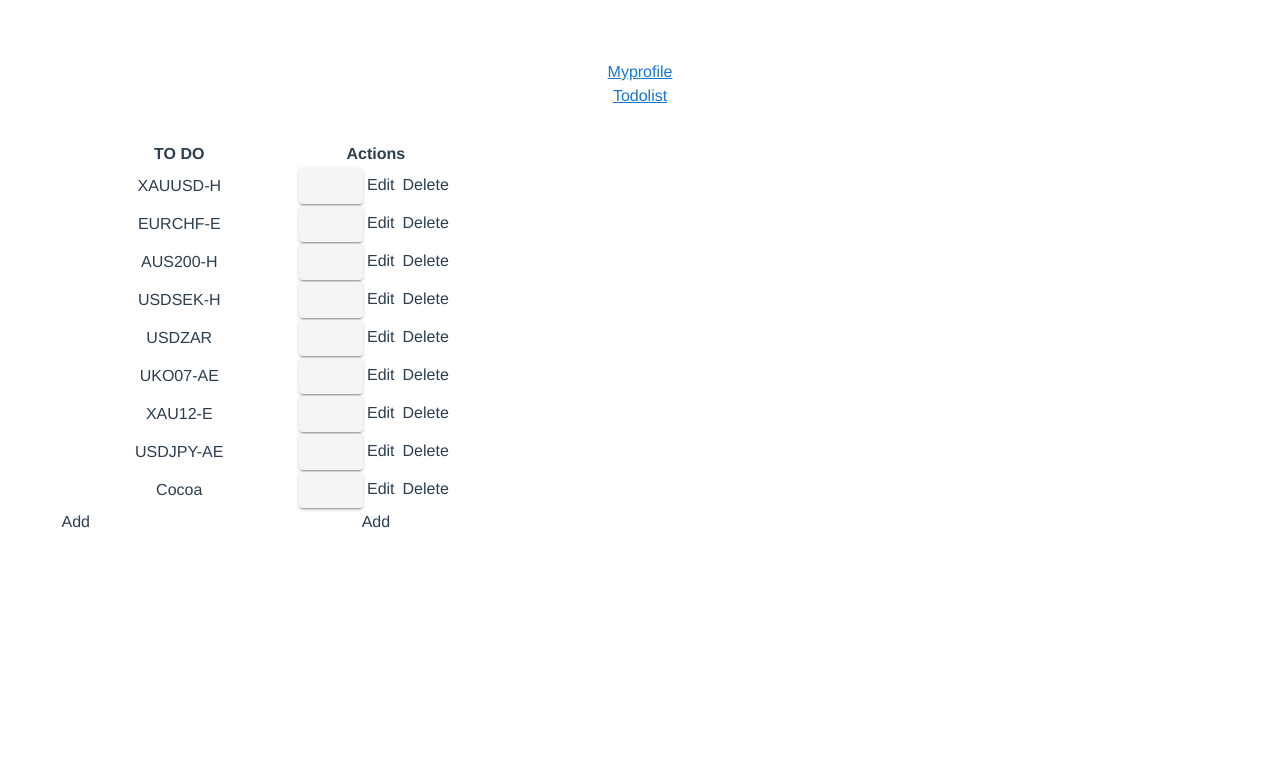
Repository: Shanshan67/todolist
Page: /#/todolist
The author's editor kept a copy of each file at every save. The page is drawn from the files as they stood at one save, then again after the next save.
The browser window is 1280 px wide. The pictures show the whole page.
The project was rebuilt for these pictures with package versions that can differ from the ones it lists, and the page was loaded fresh each time. Requests to the local data server were answered from the project's data file. Also part of the build but not shown: src/pages/Dashboard.vue, src/components/Search.vue, src/components/List.vue, src/pages/Myprofile.vue.

Above is the page before, as saved 2022-07-20 18:59:37.

### index.html
<!DOCTYPE html>
<html>
  <head>
    <meta charset="utf-8">
    <meta name="viewport" content="width=device-width,initial-scale=1.0">
    <link href="https://fonts.googleapis.com/css?family=Roboto:100,300,400,500,700,900" rel="stylesheet">
    <link href="https://cdn.jsdelivr.net/npm/@mdi/font@6.x/css/materialdesignicons.min.css" rel="stylesheet">
    <title>baoge</title>
  </head>
  <body>
    <div id="app"></div>
    <!-- built files will be auto injected -->
  </body>
</html>

### src/main.js
// The Vue build version to load with the `import` command
// (runtime-only or standalone) has been set in webpack.base.conf with an alias.
import Vue from 'vue'
import App from './App'
import router from './router'
import store from './store'
import './plugins/vuetify'
import vuetify from '@/plugins/vuetify'

Vue.config.productionTip = false

/* eslint-disable no-new */
new Vue({
  el: '#app',
  router,
  store,
  vuetify,
  components: { App },
  template: '<App/>'
})

### src/App.vue
<template>
  <v-app>
    <div>
      <HelloWorld/>
    </div>
    <div>
      <router-link to="/profile">Myprofile</router-link>
      <v-spacer></v-spacer>
      <router-link to="/todolist">Todolist</router-link>
    </div>
    <v-content>
      <router-view/>
    </v-content>
  </v-app>
</template>

<script>
import Dashboard from './pages/Dashboard.vue';
export default {
    name: "App",
    components: { Dashboard }
}
</script>

<style>
#app {
  font-family: 'Avenir', Helvetica, Arial, sans-serif;
  -webkit-font-smoothing: antialiased;
  -moz-osx-font-smoothing: grayscale;
  text-align: center;
  color: #2c3e50;
  margin-top: 60px;
}
</style>

### src/router/index.js
import Vue from 'vue'
import Router from 'vue-router'
import Dashboard from '@/pages/Dashboard'
import Myprofile from '../pages/Myprofile'
import Todolist from '../pages/Todolist'

Vue.use(Router)

export default new Router({
  routes: [
    {
      path: '/',
      name: 'Dashboard',
      component: Dashboard
    },
    {
			path:'/profile',
			component:Myprofile
		},
		{
			path:'/todolist',
			component:Todolist
		}
  ]
})

### src/store/index.js
import Vue from 'vue'
import Vuex from 'vuex'
import Axios from "axios"

Vue.use(Vuex)

const todoUrl = "http://localhost:3000/todos";

const actions = {
	searchName(context,value){
		Axios.get(`${todoUrl}/${value}`).then(response => {
            context.commit('searchName', response.data);
			console.log(response.data)
        });
	}
}


const mutations = {
	searchName(state,data){
		state.users = data
	}
}

const state = {
	users:[]
}

export default new Vuex.Store({
	state,
	actions,
	mutations
})

### src/plugins/vuetify.js
// src/plugins/vuetify.js

import Vue from 'vue'
import Vuetify from 'vuetify'
import 'vuetify/dist/vuetify.min.css'

Vue.use(Vuetify, {
    iconfont: 'md',
    theme:{
        primary: '#962ff',
        success: '#3cd1c2',
        info: '#ffaa2c',
        error: '#f83e70',
    }
})

const opts = {}

export default new Vuetify(opts)

### src/pages/Todolist.vue
<template>
	<div class="container">
		<div class="row">
			<div class="col-12">
				<table class="table table-bordered mt-5">
					<thead>
						<tr>
							<th>TO DO</th>
							<th>Actions</th>
						</tr>
					</thead>
					<tbody>
						<tr v-for="(item, i) in todoList" :key="i">
							<td class="align-middle w-75">
								{{item.name}}
							</td>
							<td class="align-middle text-center w-75">
								<v-btn flat>

								</v-btn>
								<button class="btn btn-info btn-sm mx-1" @click="handleEdit(item.id)">
									Edit
								</button>
								<button
									class="btn btn-danger btn-sm mx-1"
									@click="handleDelete(item.id)"
								>
									Delete
								</button>
							</td>
						</tr>
					</tbody>
					<tfoot>
						<td class="align-middle text-center w-75">
							<div class="form-group">
								<label for="">{{
									editMode ? "Edit" : "Add"
								}}</label>
								<input
									type="text"
									class="form-control"
									v-model="todoItem.name"
								/>
							</div>
						</td>
						<td class="align-middle text-center w-25">
							<button
								class="btn btn-primary btn-sm mx-1"
								@click="handleToDoItem"
							>
								{{ editMode ? "Edit" : "Add" }}
							</button>
							<button
								v-if="editMode"
								class="btn btn-danger btn-sm mx-1"
								@click="handleCancel"
							>
								Cancel
							</button>
						</td>
					</tfoot>
				</table>
			</div>
		</div>
	</div>
</template>

<script>
	import Axios from "axios";
	const todoUrl = "http://localhost:3000/todos";
	export default {
		name:'Todolist',
		data() {
			return {
				todoList:[],
				todoItem:{},
				editMode:false
			}
		},
		methods: {
			handleEdit(id){
				this.editMode=true;
				this.todoItem=this.todoList.find((item) => item.id == id);
			},
			handleCancel() {
				this.editMode=false;
				this.todoItem="";
			},
			async handleToDoItem(){
				const id=this.todoItem.id;
				if(this.editMode){
					await Axios.put(`${todoUrl}/${id}`, this.todoItem);
					this.editMode=false;
					this.todoItem.name="";
				}else{
					await Axios.post(todoUrl, this.todoItem);
					this.todoItem.name = "";
				}
				Axios.get(todoUrl).then((response) => (this.todoList = response.data));
			},
			async handleDelete(id) {
				await Axios.delete(`${todoUrl}/${id}`);
				Axios.get(todoUrl).then((response) => (this.todoList = response.data));
			}
		},
		created() {
			Axios.get(todoUrl).then((response) => (this.todoList = response.data));
		}
	}
</script>

### db.json
{
  "todos": [
    {
      "id": 2,
      "server_id": 3,
      "name": "XAUUSD-H",
      "description": "Gold vs USD",
      "currency": "USD",
      "type": 4,
      "digits": 2,
      "trade": 0,
      "swap_long": -1.83625,
      "swap_short": 1.82325,
      "contract_size": 100
    },
    {
      "id": 3,
      "server_id": 3,
      "name": "EURCHF-E",
      "description": "Euro vs Swiss Franc",
      "currency": "EUR",
      "type": 6,
      "digits": 5,
      "trade": 0,
      "swap_long": 0.027,
      "swap_short": -0.825,
      "contract_size": 100000
    },
    {
      "id": 4,
      "server_id": 3,
      "name": "AUS200-H",
      "description": "S&P/ASX200",
      "currency": "AUD",
      "type": 4,
      "digits": 2,
      "trade": 0,
      "swap_long": 0.68,
      "swap_short": -1.06,
      "contract_size": 1
    },
    {
      "id": 5,
      "server_id": 3,
      "name": "USDSEK-H",
      "description": "US Dollar vs Swedish Krona",
      "currency": "USD",
      "type": 4,
      "digits": 5,
      "trade": 0,
      "swap_long": 0.256,
      "swap_short": -1.44,
      "contract_size": 100000
    },
    {
      "id": 6,
      "server_id": 3,
      "name": "USDZAR",
      "description": "US Dollar vs South African Rand",
      "currency": "USD",
      "type": 0,
      "digits": 5,
      "trade": 2,
      "swap_long": -23.004,
      "swap_short": 5.88,
      "contract_size": 100000
    },
    {
      "id": 8,
      "server_id": 3,
      "name": "UKO07-AE",
      "description": "Brent Crude Oil Cash Future 0124-0530",
      "currency": "USD",
      "type": 29,
      "digits": 3,
      "trade": 0,
      "swap_long": -8.604,
      "swap_short": 4.626,
      "contract_size": 1000
    },
    {
      "id": 9,
      "server_id": 3,
      "name": "XAU12-E",
      "description": "Gold Future",
      "currency": "USD",
      "type": 4,
      "digits": 2,
      "trade": 0,
      "swap_long": -11.088,
      "swap_short": 0.792,
      "contract_size": 100
    },
    {
      "id": 10,
      "server_id": 3,
      "name": "USDJPY-AE",
      "description": "US Dollar vs Japanese Yen",
      "currency": "USD",
      "type": 27,
      "digits": 3,
      "trade": 0,
      "swap_long": 1.35,
      "swap_short": -4.191,
      "contract_size": 100000
    },
    {
      "id": 11,
      "server_id": 3,
      "name": "Cocoa",
      "description": "US Cocoa",
      "currency": "USD",
      "type": 20,
      "digits": 1,
      "trade": 0,
      "swap_long": -12.3289,
      "swap_short": 7.3873,
      "contract_size": 10
    }
  ]
}

After the next save:
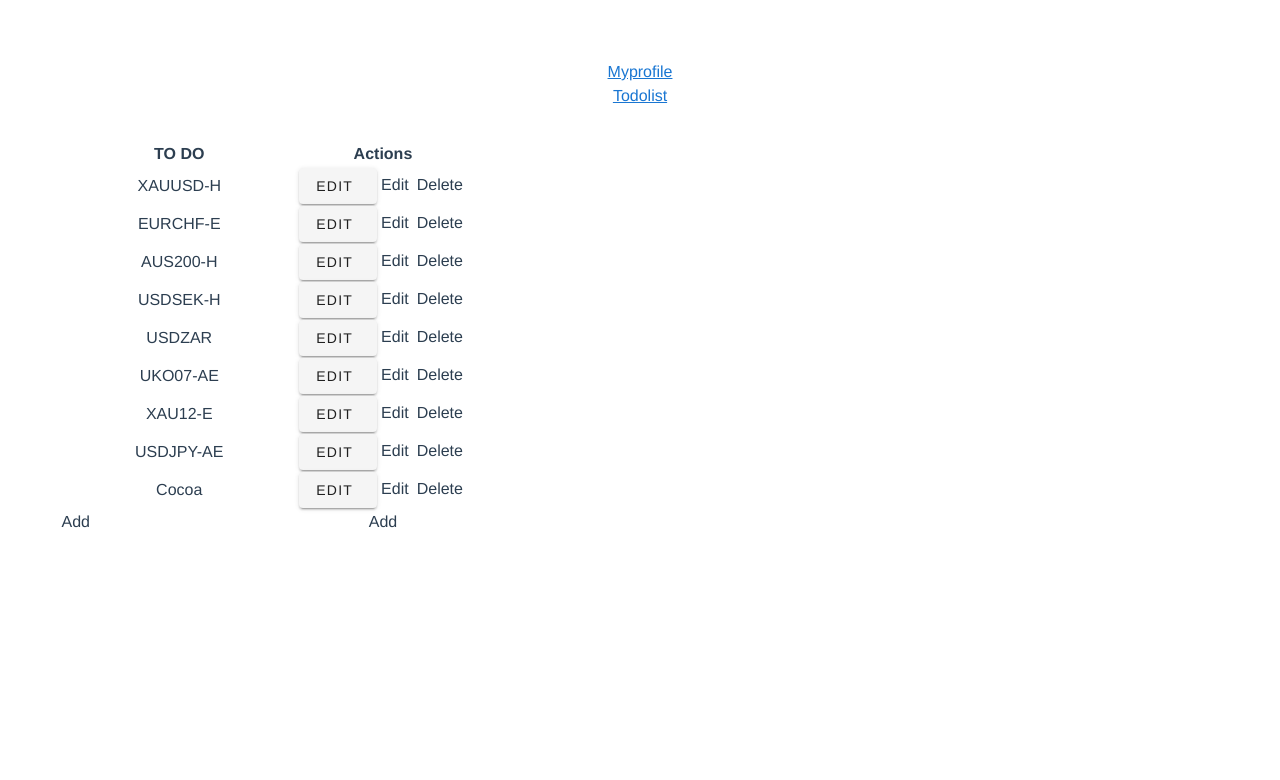
Saved 46 s later.
--- a/src/pages/Todolist.vue
+++ b/src/pages/Todolist.vue
@@ -16,7 +16,7 @@
 							</td>
 							<td class="align-middle text-center w-75">
 								<v-btn flat>
-
+									<span class="mr-2" @click="handleEdit(item.id)">Edit</span>
 								</v-btn>
 								<button class="btn btn-info btn-sm mx-1" @click="handleEdit(item.id)">
 									Edit
